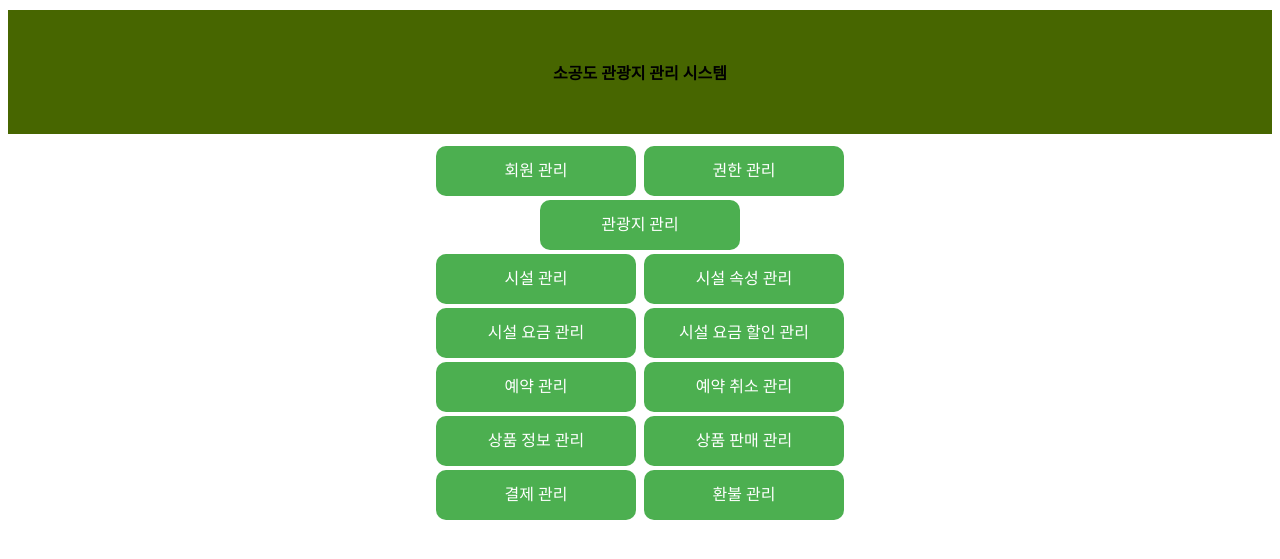
Repository: psyoongsc/SogongDo_Facility
Page: http://localhost/SogongDo_Management_System/
The author's editor kept a copy of each file at every save. The page is drawn from the files as they stood at one save, then again after the next save.
The browser window is 1280 px wide. The pictures show the whole page.
The page is served by Tomcat 9. Nobody is signed in. The application's start-up code is not run.

Above is the page before, as saved 2020-06-25 14:49:34.

After the next save:
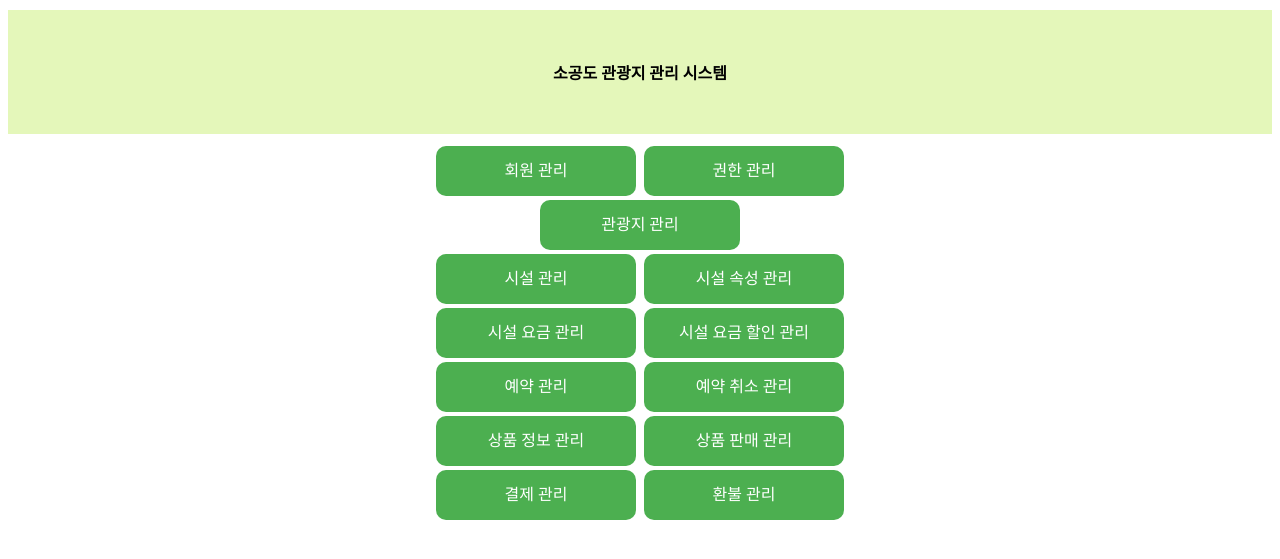
Saved 87 s later.
--- a/SogongDo_Management_System/WebContent/index.jsp
+++ b/SogongDo_Management_System/WebContent/index.jsp
@@ -33,7 +33,7 @@ a:visited {
 	font-weight: bold;
 	margin: 10px 0px;
 	padding: 50px 0px;
-	background-color: #476600;
+	background-color: #E4F7BA;
 }
 </style>
 </head>
